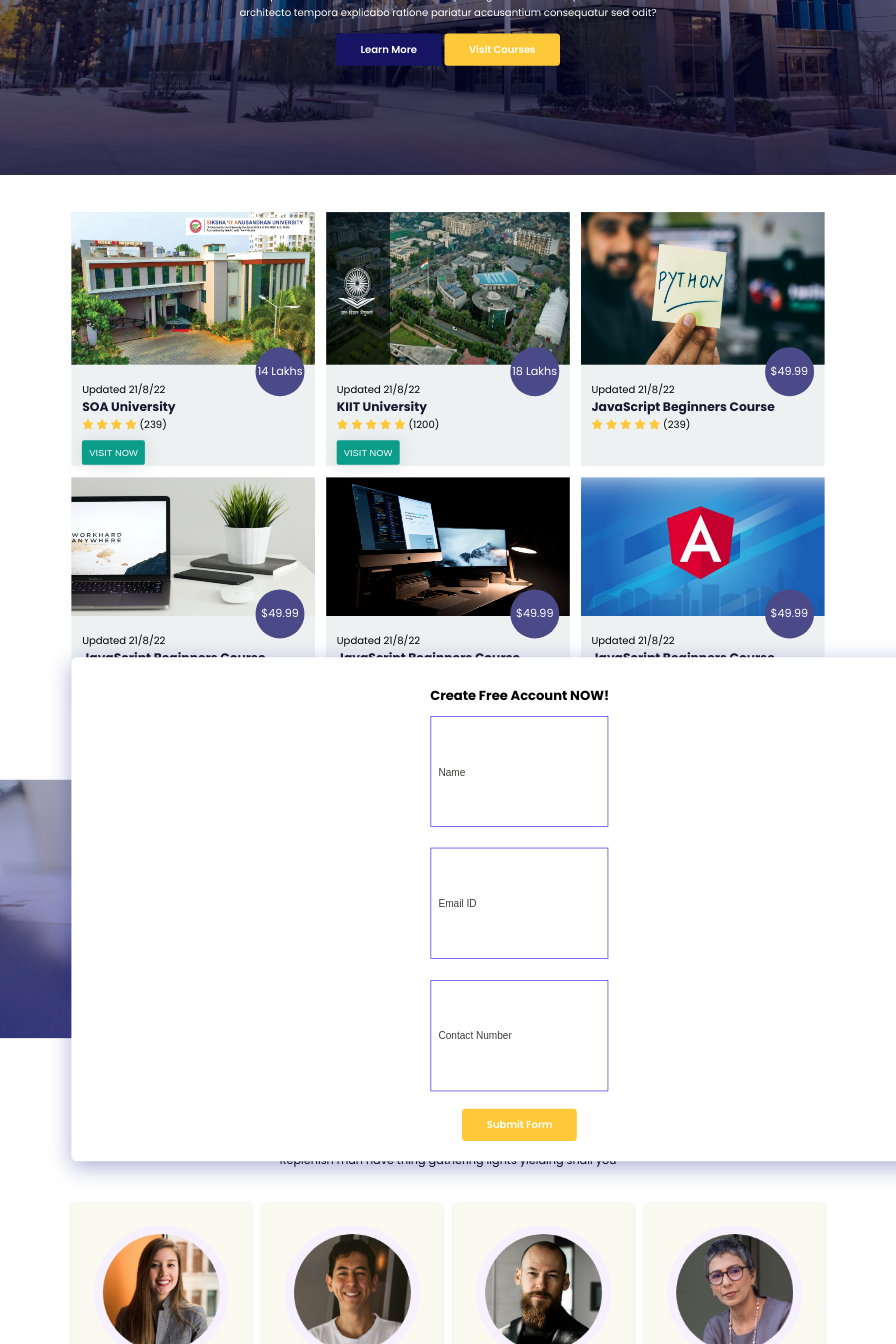
Repository: NamanSahu09/VidyaPreet-Ed-Tech-Website
Page: index.html
An editor plug-in stored every save of this project. The page is shown before and after the next save, followed by the edit.
The browser window is 1280 px wide. The pictures show the part of the page from y = 470 to 2390 px (the page is 3176 px tall before and 3496 px after), at 70% of full size.
Some web libraries are served in a nearby version.

Above is the page before, as saved 2024-04-11 15:26:32.

After the next save:
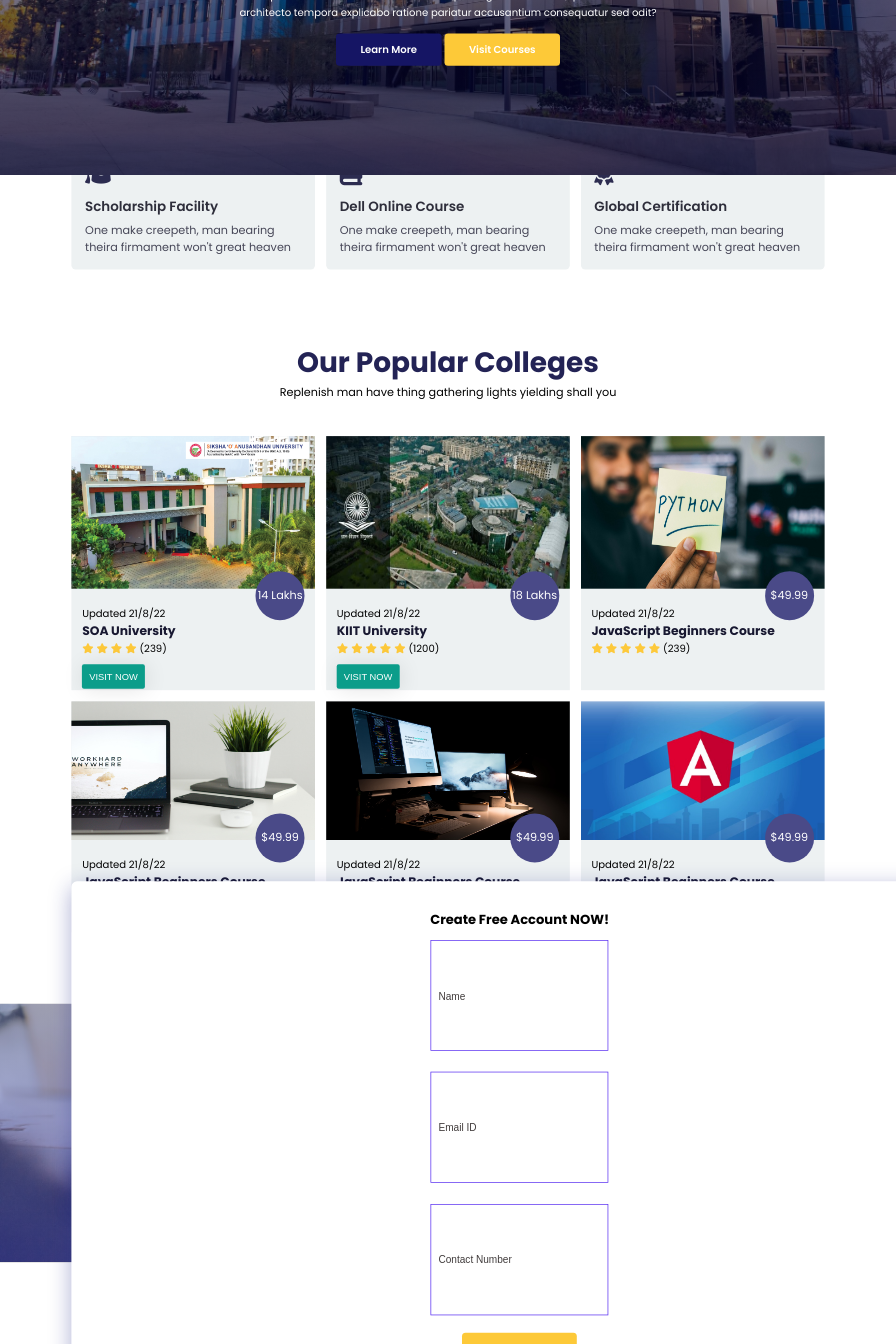
Saved 14 s later.
--- a/style.css
+++ b/style.css
@@ -403,7 +403,7 @@
 
 #features h1
 {
-	margin-top: 10rem;
+	margin-top: 30rem;
 }
 
 
